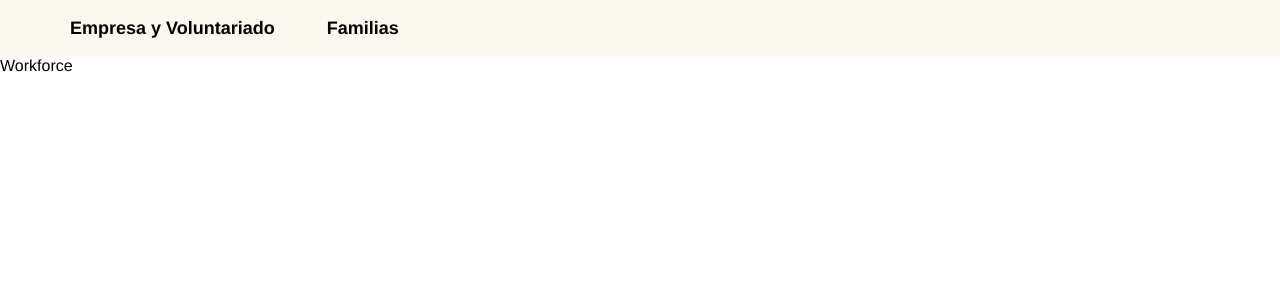
Repository: Synergy-club/reconstruction
Page: /
An editor plug-in stored every save of this project. The page is shown before and after the next save, followed by the edit.
The browser window is 1280 px wide. The pictures show the whole page.
The project was rebuilt for these pictures with package versions that can differ from the ones it lists, and the page was loaded fresh each time. Also part of the build but not shown: vite.config.js, src/views/Families/Families.jsx.

Above is the page before, as saved 2024-12-10 01:25:21.

### index.html
<!DOCTYPE html>
<html lang="en">
  <head>
    <meta charset="UTF-8" />
    <link rel="icon" type="image/svg+xml" href="/vite.svg" />
    <meta name="viewport" content="width=device-width, initial-scale=1.0 user-scalable=no" />
    <meta name="description" content="Agrupación de profesionales de primer nivel de los sectores de la logística, arquitectura y construcción unidos para gestionar y coordinar los esfuerzos de reconstrucción tras las inundaciones. Garantizando la trazabilidad y transparencia de las donaciones.
      La emisión de certificados inmediatos de donaciones así como los reconocimientos al voluntariado se harán bajo el paraguas de Fundación Synergy Club internacional, una plataforma abierta que suma acciones de asociaciones y fundaciones. Siempre y todas ellas sin ninguna vinculación política y sin ánimo de lucro.
      Esta iniciativa está abierta a todos los profesionales, voluntarios y héroes vecinales que necesitan o pueden aportar recursos eficientes y de calidad para la reconstrucción.
      Nos apoyamos y promovemos las agrupaciones improvisadas de vecinos de las zonas afectadas por la catástrofe que han reaccionado y son un referente de ayuda inmediata y conocimiento real de las situaciones de sus vecinos."
    />
    <meta name="author" content="Synergy Clubs International" />
    <title>Reconstrucción Valencia</title>
  </head>
  <body>
    <div id="root"></div>
    <script type="module" src="/src/main.jsx"></script>
  </body>
</html>

### src/main.jsx
import { StrictMode } from 'react'
import { createRoot } from 'react-dom/client'
import { BrowserRouter } from 'react-router-dom'
import './assets/global-style/style.css'
import App from './App.jsx'
import { ReducerProvider } from './contexts/ReducerContext.jsx'
import { ReferenceProvider } from './contexts/ReferenceContext.jsx'

createRoot(document.getElementById('root')).render(
  <StrictMode>
    <BrowserRouter>
      <ReducerProvider>
        <ReferenceProvider>
          <App />
        </ReferenceProvider>
      </ReducerProvider>
    </BrowserRouter>
  </StrictMode>
)

### src/assets/global-style/style.css
:root {
  /* BACKGROUND COLOR */
  --sci-bg-dark: #222222;
  --sci-bg-white: #ffffff;
  --sci-primary-blue: #78b3ce;
  --sci-light-blue: #c9e6f0;
  --sci-light-cream: #fbf8ef;
  --sci-accent-orange: #f96e2a;

  /*FONT*/
  --sci-font-main: sans-serif;

  /*COLOR TEXT*/
  --sci-text-dark: #222222;
  --sci-text-white: #ffffff;
  --sci-text-orange: #f96e2a;

  /*SPACING AND ROUNDED*/
  --sci-spacing-xs: 8px;
  --sci-spacing-s: 12px;
  --sci-spacing-m: 16px;
  --sci-spacing-l: 24px;
  --sci-spacing-xl: 48px;

  /*FONT SIZE*/
  --sci-font-size-xs: 12px;
  --sci-font-size-s: 16px;
  --sci-font-size-m: 18px;
  --sci-font-size-l: 22px;
  --sci-font-size-xl: 28px;
}
* {
  margin: 0;
  padding: 0;
  box-sizing: border-box;
  font-family:'Franklin Gothic Medium', 'Arial Narrow', Arial, sans-serif;
}

html {
  scroll-behavior: smooth;
}
h1,
h2,
h3,
h4,
h5 {
  font-size: var(--sci-font-size-xl);
}
p,
button,
li {
  font-size: var(--sci-font-size-m);
}

ul {
  list-style-type: disc;
  padding-left: 20px;
}
a {
  text-decoration: none;
}
button {
  cursor: pointer;
  background: none;
  padding: var(--sci-spacing-xs) var(--sci-spacing-s);
  border: none;
  transition: all 0.3s ease-in-out;
  display: flex;
  justify-content: center;
  align-items: center;
  gap: 8px;
  font-weight: 600;
}

button:hover {
  transform: scale(0.98);
}

@keyframes fadeInUp {
  0% {
    opacity: 0;
    transform: translateY(20px);
  }
  100% {
    opacity: 1;
    transform: translateY(0);
  }
}

.fadeIn {
  opacity: 1;
  animation: fadeInUp 0.5s ease-in;
}

@keyframes show {
  from {
    opacity: 0;
    scale: 50%;
  }
  to {
    opacity: 1;
    scale: 100%;
  }
}

@media (max-width: 850px) {
  h1,
  h2,
  h3,
  h4,
  h5 {
    font-size: var(--sci-font-size-xl);
  }

  button,
  li,
  p {
    font-size: var(--sci-font-size-s);
    line-height: 20px;
  }
}

@media (max-width: 400px) {
  h1,
  h2,
  h3,
  h4,
  h5 {
    font-size: var(--sci-font-size-xl);
  }
  li,
  button,
  a {
    font-size: var(--sci-font-size-s);
  }
  p {
    font-size: 14px;
  }
}

### src/App.jsx
import { Route, Routes } from 'react-router-dom'
import Layout from './layout/Layout'
import Workforce  from './views/Workforce/Workforce '
import Families from './views/Families/Families'
import NotFound from './views/404/NotFound'

const App = () => {
  return (
    <Routes>
      <Route path='/' element={<Layout />}>
        <Route index element={<Workforce  />} />
        <Route path='familias' element={<Families />} />
        {/*ERROR LINK*/}
        <Route path='*' element={<NotFound />} />
        <Route />
      </Route>
    </Routes>
  )
}

export default App

### src/contexts/ReducerContext.jsx
import { createContext } from 'react'

export const ReducerContext = createContext()
export const ReducerProvider = ({children}) => {
  return (
    <ReducerContext.Provider value={{}}>{ children }</ReducerContext.Provider>
  )
}

### src/contexts/ReferenceContext.jsx
import { createContext } from 'react'

export const ReferenceContext = createContext()

export const ReferenceProvider = ({ children }) => {
  return <ReferenceContext.Provider value={{}}>{children}</ReferenceContext.Provider>
}

### src/layout/Layout.jsx

import { Fragment } from 'react'
import { Outlet } from 'react-router-dom'
import Header from '../components/Header/Header'

const Layout = () => {
  return (
    <Fragment>
    <header><Header /></header>
    <div>
      <Outlet />

    </div>
    </Fragment>
  )
}

export default Layout

### src/views/Workforce/Workforce .jsx
const Workforce = () => {
  return <div>Workforce </div>
}

export default Workforce

### src/views/404/NotFound.jsx
import React, { useEffect } from 'react'
import { useNavigate } from 'react-router-dom'

const NotFound = () => {
  const navigate = useNavigate()
  useEffect(() => {
    const timeout = setTimeout(() => {
      navigate('../')
    }, 300)
    return () => clearTimeout(timeout)
  }, [navigate])
}

export default NotFound

### src/components/Header/Header.jsx
import { Link } from 'react-router-dom'
import './Header.css'

const Header = () => {
  return (
    <nav className='nav__container'>
      <button className='nav__content-link'>
        <Link to='/' />
        Empresa y Voluntariado
      </button>
      <button className='nav__content-link'>
        <Link to='familias' />
        Familias
      </button>
    </nav>
  )
}

export default Header

### src/components/Header/Header.css
.nav__container{
  width:100%;
  padding: 10px 50px;
  background-color: var(--sci-light-cream);
  display: flex;
  justify-content: start;
  align-items: center;
  gap:20px;
}

After the next save:
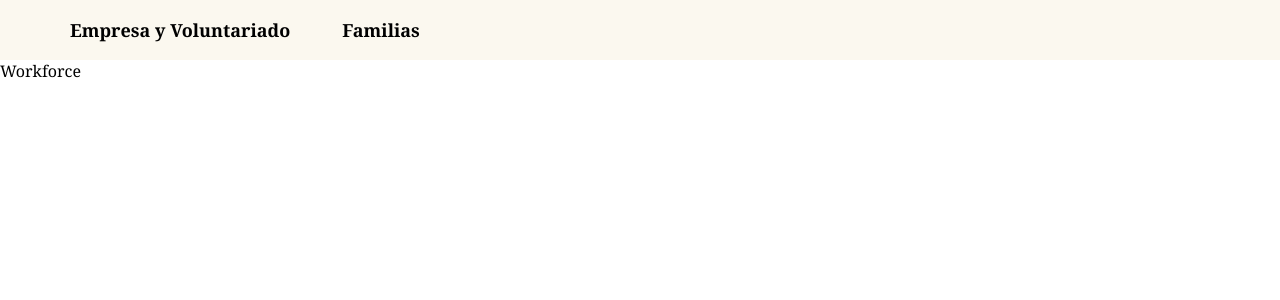
Saved 10 s later.
--- a/src/assets/global-style/style.css
+++ b/src/assets/global-style/style.css
@@ -33,7 +33,7 @@
   margin: 0;
   padding: 0;
   box-sizing: border-box;
-  font-family:'Franklin Gothic Medium', 'Arial Narrow', Arial, sans-serif;
+  font-family:Georgia, 'Times New Roman', Times, serif;
 }
 
 html {
